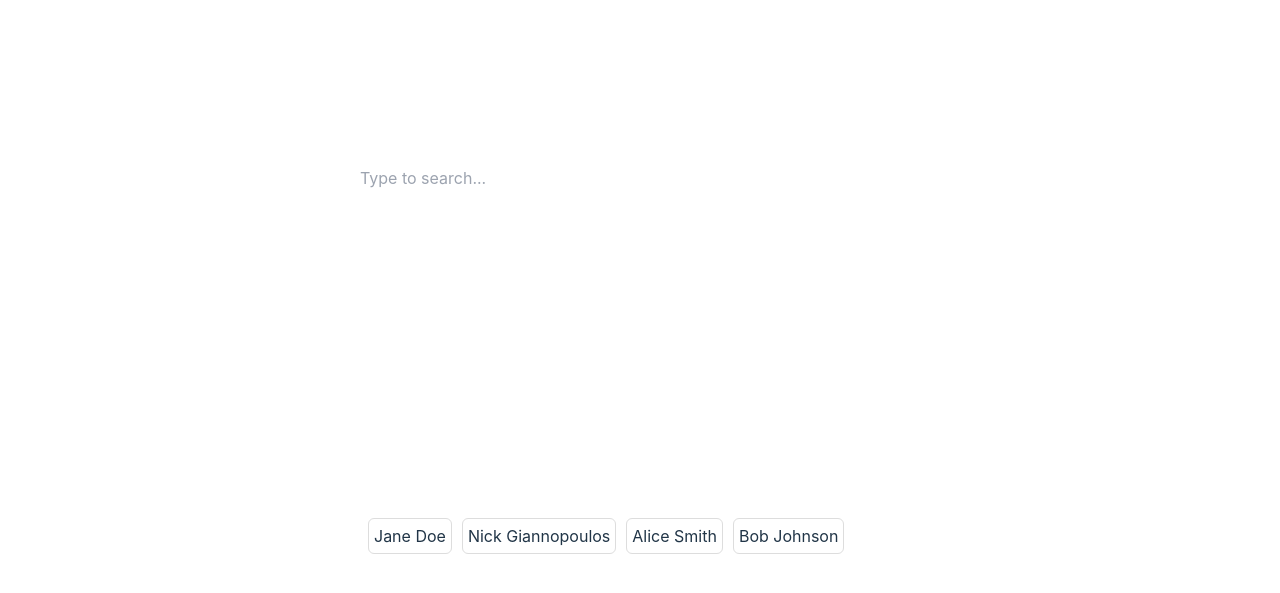
Repository: Ayansaxena24/Chip
Page: /, after clicking the first element matching `li.cursor-pointer`
The author's editor kept a copy of each file at every save. The page is drawn from the files as they stood at one save, then again after the next save.
The browser window is 1280 px wide. The pictures show the whole page.
Some web libraries are served in a nearby version. The project was rebuilt for these pictures with package versions that can differ from the ones it lists, and the page was loaded fresh each time. Also part of the build but not shown: vite.config.ts, src/ChipInput.css.

Above is the page before, as saved 2024-01-16 03:41:30.

After the next save:
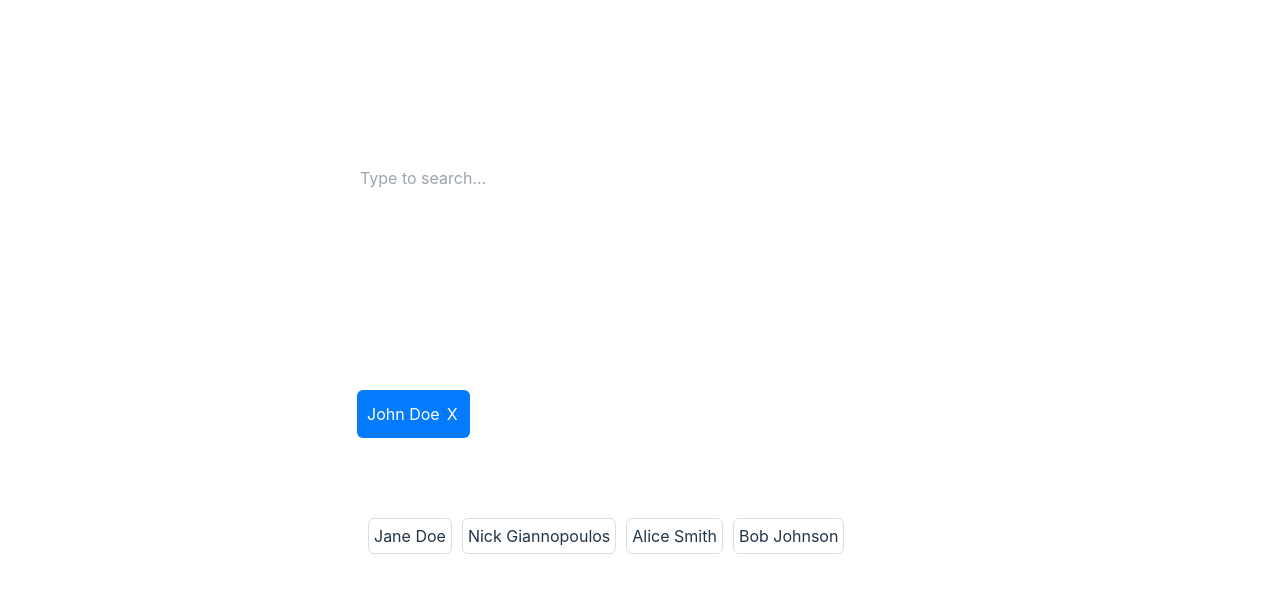
Saved 5 s later.
--- a/src/ChipInput.tsx
+++ b/src/ChipInput.tsx
@@ -78,7 +78,7 @@ const ChipInput: React.FC = () => {
           {chips.map((chip) => (
             <div
               key={chip.id}
-              className="bg-[#037bfc] text-white mb-60 rounded-md m-[5px] pr-[30px] pl-[10px] py-[12px] cursor-pointer flex items-center relative"
+              className="bg-[#037bfc] text-white mt-60 rounded-md m-[5px] pr-[30px] pl-[10px] py-[12px] cursor-pointer flex items-center relative"
               onClick={() => handleChipRemove(chip.id)}
             >
               {chip.label}
